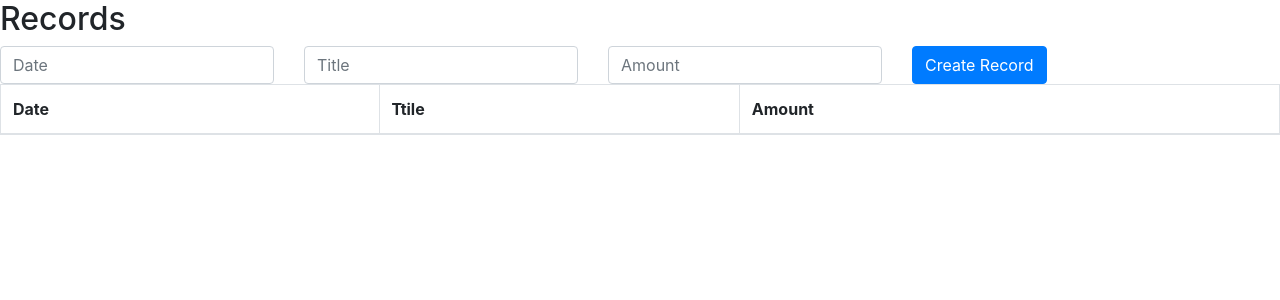
Repository: wjszydygns/accouts
Page: /
An editor plug-in stored every save of this project. The page is shown before and after the next save, followed by the edit.
The browser window is 1280 px wide. The pictures show the whole page.
The page's requests for data from a server got no answer. The project was rebuilt for these pictures with package versions that can differ from the ones it lists, and the page was loaded fresh each time. No one was signed in, and anything a server would have sent is missing. Also part of the build but not shown: src/components/record.jsx.

Above is the page before, as saved 2018-11-30 15:09:23.

### public/index.html
<!DOCTYPE html>
<html lang="en">
  <head>
    <meta charset="utf-8">
    <link rel="shortcut icon" href="%PUBLIC_URL%/favicon.ico">
    <meta name="viewport" content="width=device-width, initial-scale=1, shrink-to-fit=no">
    <meta name="theme-color" content="#000000">
    <!--
      manifest.json provides metadata used when your web app is added to the
      homescreen on Android. See https://developers.google.com/web/fundamentals/web-app-manifest/
    -->
    <link rel="manifest" href="%PUBLIC_URL%/manifest.json">
    <link href="https://cdn.bootcss.com/twitter-bootstrap/4.1.3/css/bootstrap.min.css" rel="stylesheet">


    <title>React App</title>
  </head>
  <body>

    <div id="root"></div>

  </body>
</html>

### src/index.js
import React from 'react';
import ReactDOM from 'react-dom';

import RecordList from './components/records';
import * as serviceWorker from './serviceWorker';

ReactDOM.render(<RecordList />, document.getElementById('root'));

// If you want your app to work offline and load faster, you can change
// unregister() to register() below. Note this comes with some pitfalls.
// Learn more about service workers: http://bit.ly/CRA-PWA
serviceWorker.unregister();

### src/components/records.jsx
import React, { Component } from 'react';
import { table } from "antd"
import Record from "./record"
import * as moment from "moment"
import axios from "axios"
import PropTypes from "prop-types"
import * as RecordsAPI  from "../utils/RecordsAPI"
import RecordForm from "./RecordForm"

class RecordList extends Component {
  constructor(props)
  {
    super(props)
    this.state={
     records:
     [
        // {id:1,date:"2018-11-2",title:"房租",amount:1900},
        // {id:2,date:"2018-11-5",title:"工资收入",amount:5000},
        // {id:3,date:"2018-11-11",title:"购物",amount:700},
        // {id:4,date:"2018-11-16",title:"收入",amount:800},
     ],
     isloaded:false,
     error:null
    }
  }

  componentDidMount(){
    const {records,isloaded}=this.state;
    // const url=`https://5bfe4524362b930013f651be.mockapi.io/api/v1/records`
    //  fetch(url).then(res=>{
    //    return res.json();

    //  }).then(data=>{  //res.data=data
    //    this.setState({
    //      records:data
    //    })
    //  }).catch(err=>
    //    console.log(err)
    //   )

    RecordsAPI.getAll().then(res=>{
     this.setState({
       records:res.data,
       isloaded:true
     })

    }).catch(error=>{
      this.setState({
      isloaded:true,
      })
    })

  }
  render() {
    const {error,isloaded,records}=this.state;
    let recordsComponent;
    {
      if(error)
      {
        recordsComponent= <div>{error}</div>
      }else if(!isloaded)
      {
         recordsComponent=<div>Loading...</div>

      }
      else{
        recordsComponent= (
          <div >
            <table className="table table-bordered">
              <thead>
                <tr>
                  <th>Date</th>
                  <th>Ttile</th>
                  <th>Amount</th>
                </tr>
              </thead>
              <tbody>
                {
                  this.state.records.map((item,index)=>{
                    item.date=moment(item.date).format("YYYY-MM-DD:HH:ss:mm")
                     return <Record  key={item.id} {...item}/>

                  })
                }
              </tbody>
            </table>
          </div>
        );
      }
    }

    return(
      <div>
          <h2>Records</h2>
           <RecordForm/>
           {recordsComponent}
      </div>

    )


  }
}

export default RecordList;

### src/utils/RecordsAPI.js
import axios from "axios"
//使用环境变量来定义ａｐｉ,这样就可以把好多人要请求的接口放到一起通过ａｐｉ.什么来引用
//REACT_APP_RECORDS_API_URL这就是一个环境变量，要在ｓｃｒｉｐｔｓ里面定义这个环境变量的值,process.env是引用环境变量的前缀
 const api=process.env.REACT_APP_RECORDS_API_URL ||"http://localhost:5000"

//将axios请求全部封装到一个方法里面

export const getAll=()=>{
    //注意箭头函数要加大括号的话必须加return,否则没有返回值
   return axios.get(`${api}api/v1/records`)

}

### src/components/RecordForm.js
import React, { Component } from 'react';
import {table} from "antd"
import PropTypes from "prop-types"
import "../index.css"

class RecordForm extends Component {
  render() {
      //  const {record}=this.props
    return (
     <form className="form-inline">
      <div className="form-group">
        <input type="text" className="form-control" placeholder="Date" name="date"/>

      </div>
      <div className="form-group">
        <input type="text" className="form-control" placeholder="Title" name="title"/>

      </div>
      <div className="form-group">
        <input type="text" className="form-control" placeholder="Amount" name="amount"/>

      </div>
      <div className="form-group">
      <button className="btn btn-primary"  type="submit">Create Record</button>
      </div>

     </form>
    );
  }
}

export default RecordForm;
 RecordForm.propTypes={
  id:PropTypes.number,
  date:PropTypes.string,
  title:PropTypes.string,
  amount:PropTypes.number



}

### src/index.css
body {
  margin: 0;
  padding: 0;
  font-family: -apple-system, BlinkMacSystemFont, "Segoe UI", "Roboto", "Oxygen",
    "Ubuntu", "Cantarell", "Fira Sans", "Droid Sans", "Helvetica Neue",
    sans-serif;
  -webkit-font-smoothing: antialiased;
  -moz-osx-font-smoothing: grayscale;
}

.form-group{
    margin-right:30px;

}

Loaded but not shown: src/serviceWorker.js (common file)

After the next save:
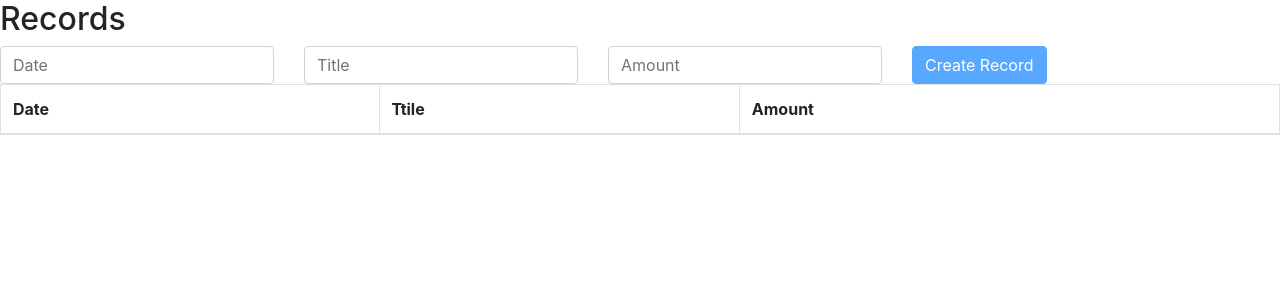
Saved 6 min 22 s later.
--- a/src/components/RecordForm.js
+++ b/src/components/RecordForm.js
@@ -4,24 +4,44 @@
 import "../index.css"
 
 class RecordForm extends Component {
+
+   state={
+       date:"",
+       title:"",
+       amount:"",
+   }
   render() {
       //  const {record}=this.props
+      const {date,title,amount}=this.state;
     return (
      <form className="form-inline">
       <div className="form-group">
-        <input type="text" className="form-control" placeholder="Date" name="date"/>
+        <input type="text" className="form-control"
+               placeholder="Date"
+               name="date" value={date}
+               onChange={(e)=>this.setState({date:e.target.value})}/>
 
       </div>
       <div className="form-group">
-        <input type="text" className="form-control" placeholder="Title" name="title"/>
+        <input type="text" className="form-control"
+               placeholder="Title"
+               name="title" value={title}
+               onChange={e=>this.setState({title:e.target.value})}/>
 
       </div>
       <div className="form-group">
-        <input type="text" className="form-control" placeholder="Amount" name="amount"/>
+        <input type="text" className="form-control"
+               placeholder="Amount"
+               name="amount" value={amount}
+               onChange={e=>this.setState({amount:e.target.value})}/>
 
       </div>
       <div className="form-group">
-      <button className="btn btn-primary"  type="submit">Create Record</button>
+      <button className="btn btn-primary"
+              type="submit"
+              disabled={date||title||amount ?"false":"true"}>
+              Create Record
+     </button>
       </div>
 
      </form>

After the 3 saves that followed:
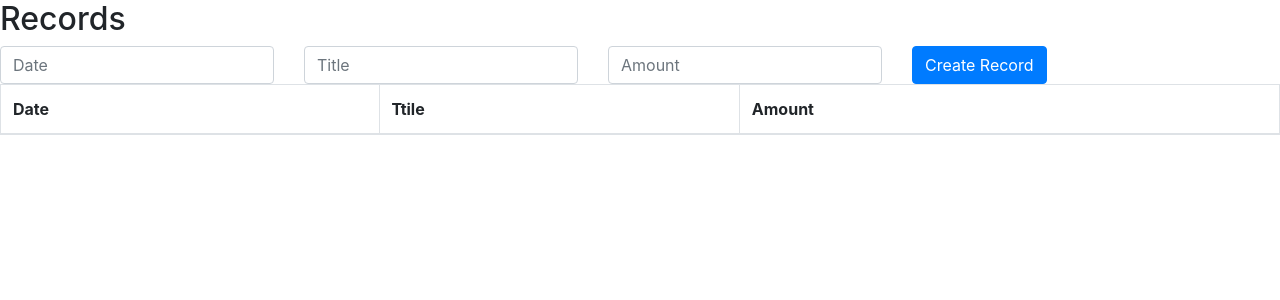
The 3 saves are shown as one change because 2 left the picture as it was.
The last was saved 2 min 1 s later.
--- a/src/components/RecordForm.js
+++ b/src/components/RecordForm.js
@@ -39,7 +39,7 @@
       <div className="form-group">
       <button className="btn btn-primary"
               type="submit"
-              disabled={date||title||amount ?"false":"true"}>
+              >
               Create Record
      </button>
       </div>
